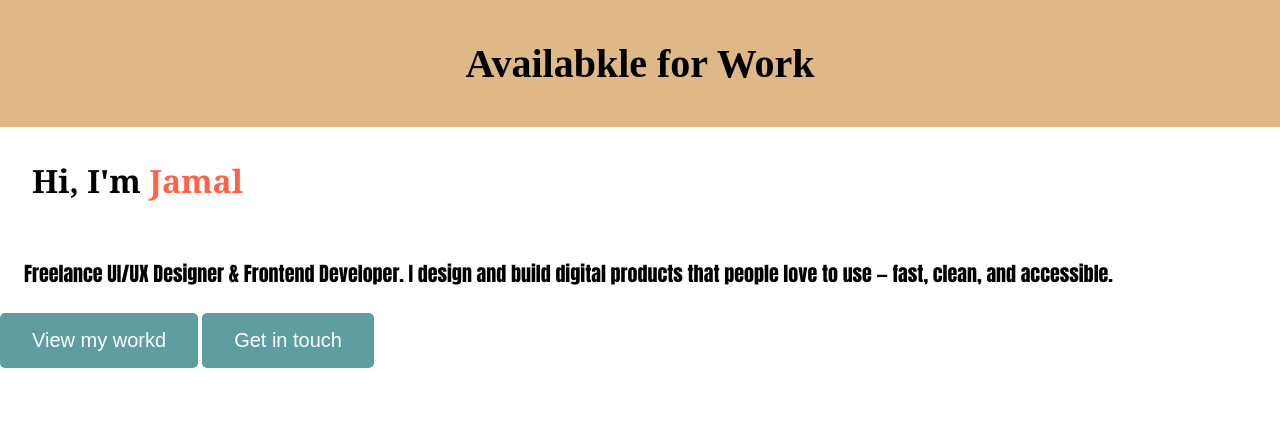
Repository: jamalissef-glitch/exercise1-JS
Page: Exercise33/index.html
An editor plug-in stored every save of this project. The page is shown before and after the next save, followed by the edit.
The browser window is 1280 px wide. The pictures show the whole page.

Above is the page before, as saved 2026-07-14 17:45:25.

### Exercise33/index.html
<!DOCTYPE html>
<html lang="en">

<head>
 <meta charset="UTF-8">
 <meta name="viewport" content="width=device-width, initial-scale=1.0">
 <title>DOM</title>
</head>

<style>
 * {
  padding: 0;
  margin: 0;
  box-sizing: border-box;
 }

 h3 {
  background-color: burlywood;
  padding: 2.5rem;
  text-align: center;
  font-size: 2.5rem;
  font-weight: bold;
 }

 #head {
  padding: 2rem;
  font-family: Georgia, 'Times New Roman', Times, serif;
  font-size: 2rem;
 }

 #head em {
  color: tomato;
  font-style: normal;
  font-weight: bold;
 }

 .desc {
  padding: 1.5rem;
  align-items: center;
  font-size: 20px;
  font-family: Impact, Haettenschweiler, 'Arial Narrow Bold', sans-serif;
 }

 button {

  padding: 1rem 2rem;
  background-color: cadetblue;
  border: none;
  border-radius: 5px;
  color: #fff;
  font-size: 20px;
 }
</style>

<body>

 <h3>Availabkle for Work</h3>
 <h1 id="head">Hi, I'm <em>Jamal</em></h1>
 <p class="desc">Freelance UI/UX Designer & Frontend Developer. I design and build digital products that people love to
  use — fast,
  clean, and accessible.</p>

 <button>View my workd</button>
 <button>Get in touch</button>


</body>

</html>

After the next save:
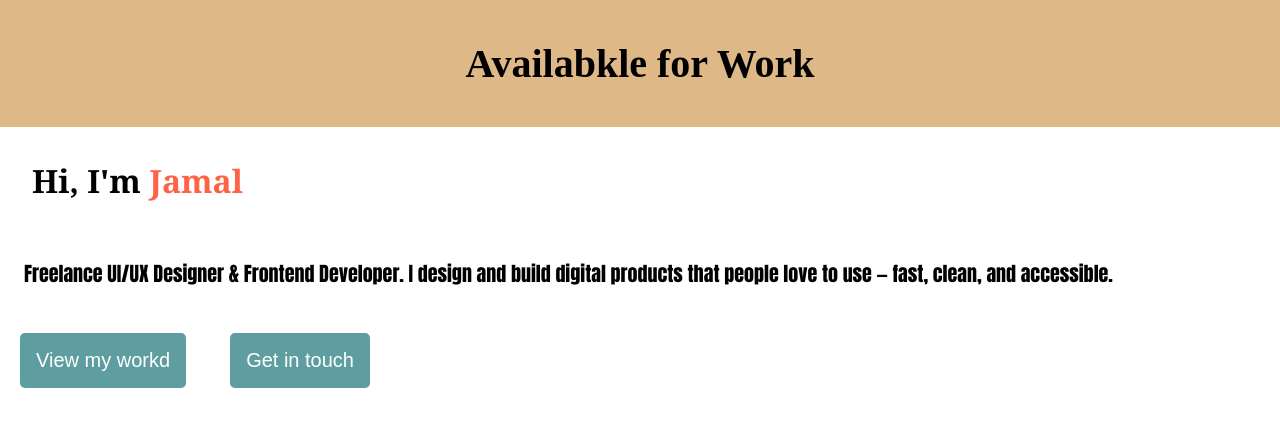
Saved 9 s later.
--- a/Exercise33/index.html
+++ b/Exercise33/index.html
@@ -43,7 +43,8 @@
 
  button {
 
-  padding: 1rem 2rem;
+  padding: 1rem;
+  margin: 20px;
   background-color: cadetblue;
   border: none;
   border-radius: 5px;
